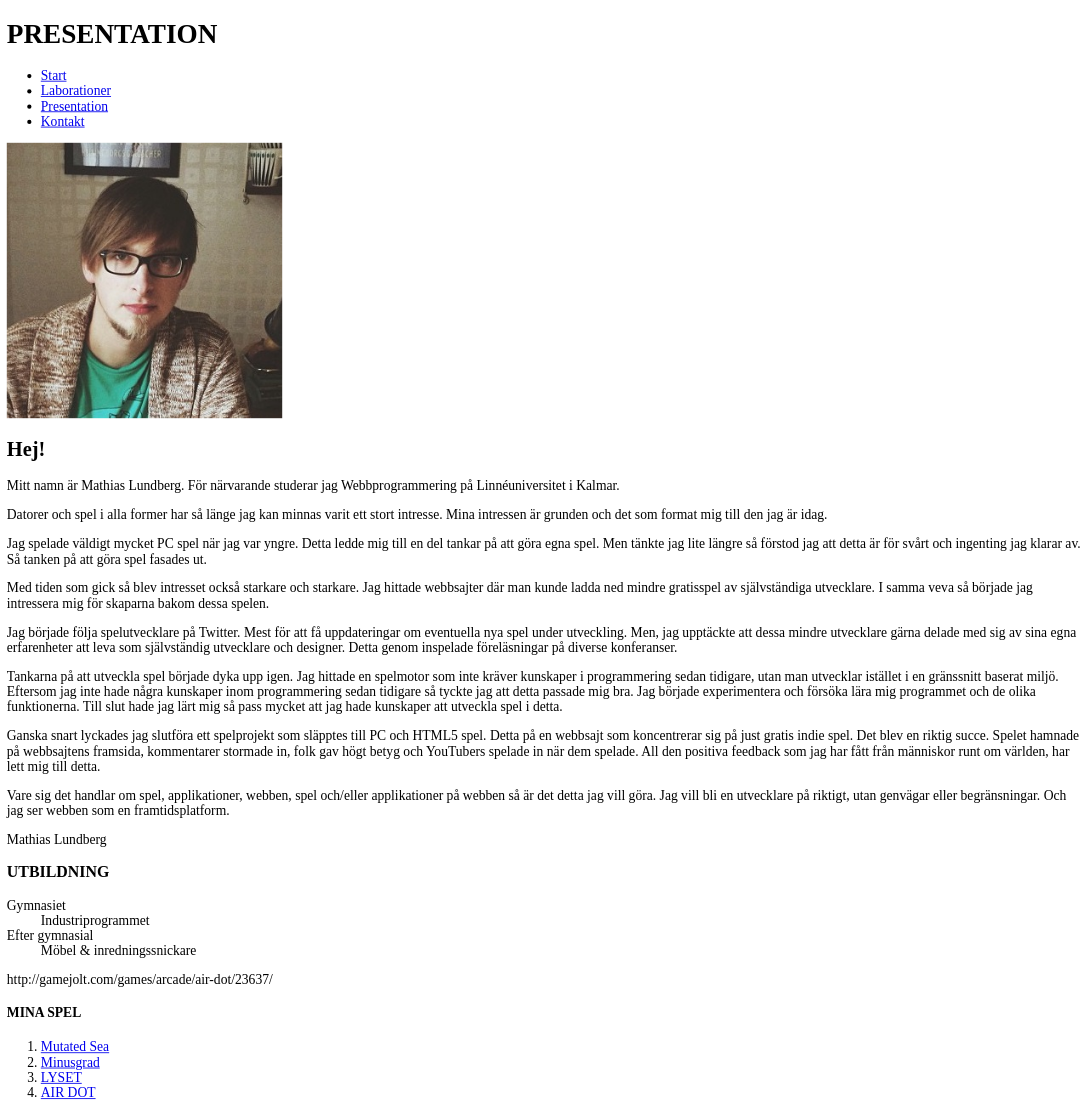
Repository: ml223nw/1ik415-laborationer
Page: pages/presentation.html
The author's editor kept a record of every edit. The page is drawn from the files as they stood at one moment, then again after the next edit.
The browser window is 1280 px wide. The pictures show the whole page, at 85% of full size.

Above is the page before.

### pages/presentation.html
<!DOCTYPE html>
<html lang="sv">
    <head>
        <meta charset="utf-8">
        <title>Presentation - Mathias portal</title>

    </head>
    <body>

        <h1>PRESENTATION</h1>

            <ul>
        <li><a href="https://1ik415-laborationer-c9-ml223nw.c9.io/index.html">Start</a></li>
            <li><a href="../pages/laborationer.html">Laborationer</a></li>
                <li><a href="../pages/presentation.html">Presentation</a></li>
                    <li><a href="../pages/kontakt.html">Kontakt</a></li>
    </ul>
        <!-- Länken hoppar och skrollar ner till profilbilden. -->
        <img src="../pics/Jag.jpg" alt="Jag"id='jag'>


        <h2>Hej!</h2>

            <p>Mitt namn är Mathias Lundberg. För närvarande studerar jag Webbprogrammering på Linnéuniversitet i Kalmar.
            </p>

            <p>Datorer och spel i alla former har så länge jag kan minnas varit ett stort intresse.
            Mina intressen är grunden och det som format mig till den jag är idag.</p>

            <p>Jag spelade väldigt mycket PC spel när jag var yngre.
            Detta ledde mig till en del tankar på att göra egna spel. Men tänkte jag lite längre så förstod jag att detta är för svårt
            och ingenting jag klarar av. Så tanken på att göra spel fasades ut.
            </p>

            <p>Med tiden som gick så blev intresset också starkare och starkare.
            Jag hittade webbsajter där man kunde ladda ned mindre gratisspel av självständiga utvecklare.
            I samma veva så började jag intressera mig för skaparna bakom dessa spelen.

            <p>Jag började följa spelutvecklare på Twitter. Mest för att få uppdateringar om eventuella nya spel under utveckling.
            Men, jag upptäckte att dessa mindre utvecklare gärna delade med sig av sina egna
            erfarenheter att leva som självständig utvecklare och designer. Detta genom inspelade föreläsningar
            på diverse konferanser.
            </p>

            <p>Tankarna på att utveckla spel började dyka upp igen. Jag hittade en spelmotor som inte kräver kunskaper i programmering
            sedan tidigare, utan man utvecklar istället i en gränssnitt baserat miljö. Eftersom jag inte hade några kunskaper inom programmering sedan tidigare så tyckte jag att detta passade mig bra.
            Jag började experimentera och försöka lära mig programmet och de olika funktionerna.
            Till slut hade jag lärt mig så pass mycket att jag hade kunskaper att utveckla spel i detta.
            </p>

            <p>Ganska snart lyckades jag slutföra ett spelprojekt som släpptes till PC och HTML5 spel. Detta på en webbsajt som koncentrerar sig på just gratis indie spel.
            Det blev en riktig succe. Spelet hamnade på webbsajtens framsida, kommentarer stormade in, folk gav högt betyg och YouTubers spelade in när dem spelade.
            All den positiva feedback som jag har fått från människor runt om världen, har lett mig till detta.
            </p>

            <p>
            Vare sig det handlar om spel, applikationer, webben, spel och/eller applikationer på webben så är det detta jag vill göra.
            Jag vill bli en utvecklare på riktigt, utan genvägar eller begränsningar. Och jag ser webben som en framtidsplatform.
            </p>


        <p>Mathias Lundberg</p>




        <h3>UTBILDNING</h3>

        <dl>
          <dt>Gymnasiet</dt>
            <dd>Industriprogrammet</dd>
          <dt>Efter gymnasial</dt>
            <dd>Möbel & inredningssnickare</dd>
        </dl>

http://gamejolt.com/games/arcade/air-dot/23637/
        <h4>MINA SPEL</h4>
        <ol>
            <li><a href="http://gamejolt.com/games/action/mutated-sea/22214/">Mutated Sea</a></li>
                <li><a href="http://gamejolt.com/games/action/minusgrad/27105/">Minusgrad</a></li>
                    <li><a href="http://gamejolt.com/games/arcade/lyset/21246/">LYSET</a></li>
                        <li><a href="http://gamejolt.com/games/arcade/lyset/21246/">AIR DOT</a></li>
        </ol>


    </body>
</html>

After the next edit:
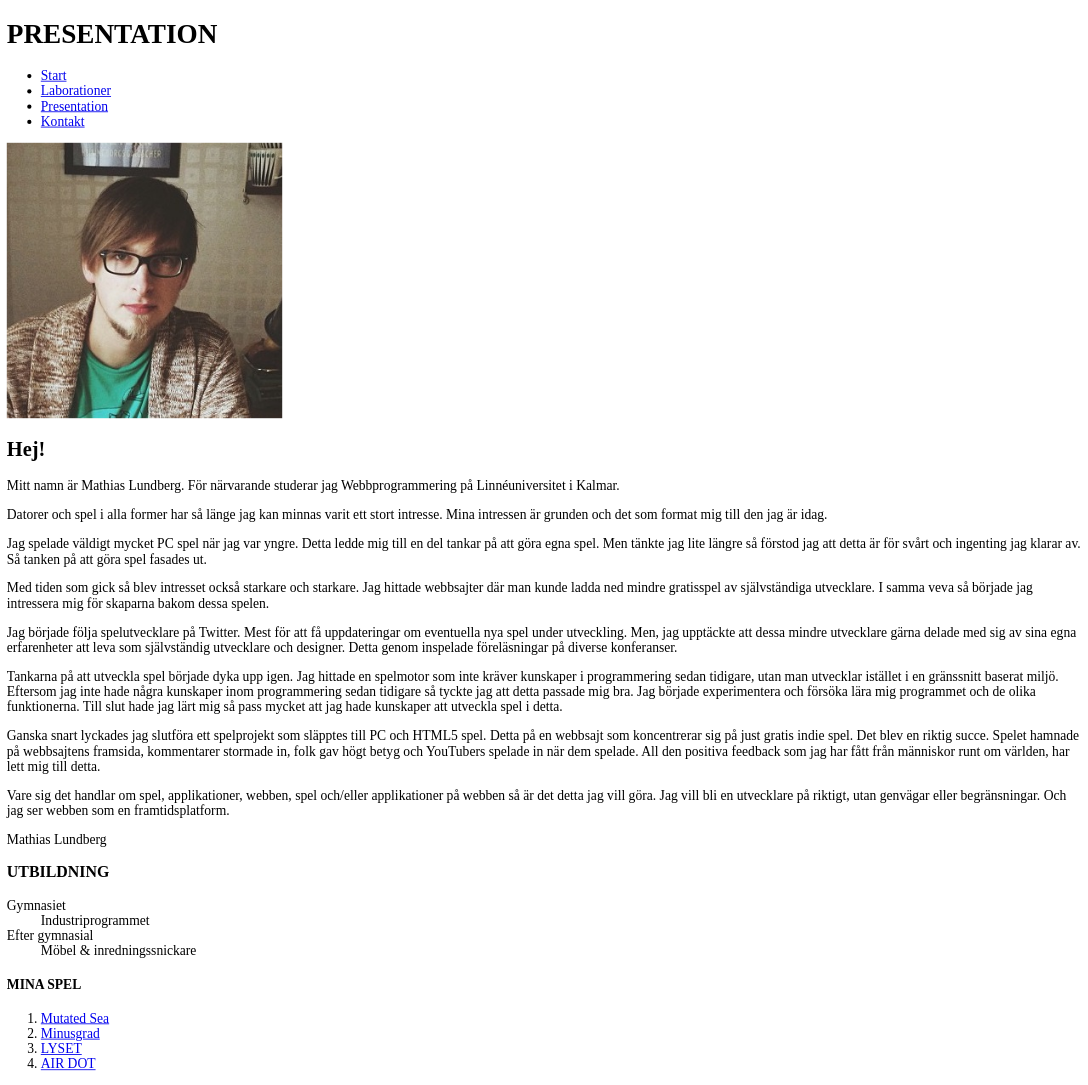
The edit:
--- a/pages/presentation.html
+++ b/pages/presentation.html
@@ -73,7 +73,7 @@
             <dd>Möbel & inredningssnickare</dd>
         </dl>
 
-http://gamejolt.com/games/arcade/air-dot/23637/
+
         <h4>MINA SPEL</h4>
         <ol>
             <li><a href="http://gamejolt.com/games/action/mutated-sea/22214/">Mutated Sea</a></li>
